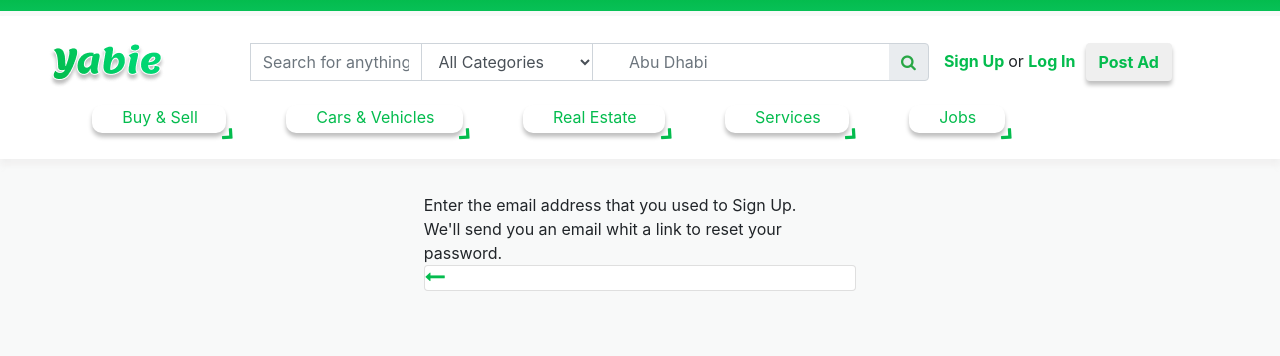
Repository: muazzamkha95/yabie
Page: forgot-password.html
These files come from the project's save history. The page is drawn as it stood at one moment and after the next save; the edit follows.
The browser window is 1280 px wide. The pictures show the whole page.

Above is the page before, as saved 2020-07-09 15:57:07.
Console error: TypeError: Cannot read properties of undefined (reading 'fn')

### forgot-password.html
<!DOCTYPE html>
<html lang="en">
<head>
    <meta charset="UTF-8">
    <meta name="viewport" content="width=device-width, initial-scale=1.0">
    <title>SignUp Page</title>

    <link rel="stylesheet" href="https://maxcdn.bootstrapcdn.com/bootstrap/4.0.0/css/bootstrap.min.css" integrity="sha384-Gn5384xqQ1aoWXA+058RXPxPg6fy4IWvTNh0E263XmFcJlSAwiGgFAW/dAiS6JXm" crossorigin="anonymous">
    <link rel="stylesheet" href="https://stackpath.bootstrapcdn.com/font-awesome/4.7.0/css/font-awesome.min.css" integrity="sha384-wvfXpqpZZVQGK6TAh5PVlGOfQNHSoD2xbE+QkPxCAFlNEevoEH3Sl0sibVcOQVnN" crossorigin="anonymous">
    <link href="css/main.css"  rel="stylesheet"></link>


</head>
<body>
        <div class="topBar"></div>
        <nav class="navbar">
            <div class="maincontainer">
                <div class="row">
                        <div class="col-md-2">
                            <img src="images/YabieLogo.png" alt="Yabie Logo" class="logo"/>
                        </div>
                        <div class="col-md-7">
                            <form class="form-inline" action="#">
                                <div class="input-group">
                                    <input type="text" class="form-control" placeholder="Search for anything" required>
                                    <select class="form-control border-right-0" required>
                                        <option>All Categories</option>
                                        <option value="a">A</option>
                                        <option value="b">B</option>
                                    </select>
                                    <div class="input-group">
                                        <div class="input-group-append">
                                            <span class="input-group-text bg-white text-success border-right-0"><i class="fa fa-map-marker-alt"></i></span>
                                        </div>
                                        <input type="text" class="form-control border-left-0 border-right-0" placeholder="Abu Dhabi" required>
                                        <div class="input-group-append">
                                            <button type="submit" class="input-group-text"><i class="fa fa-search text-success"></i></button>
                                        </div>
                                    </div>
                                </div>
                            </form>
                        </div>
                        <div class="col-md-3" >
                            <div class="row text-center">
                                <span style="padding-top: 6px;">
                                    <span class="btext"> Sign Up </span>  or <span class="btext">Log In</span>
                                </span>

                                <button class="btn btn-default btext pull-right boxshadow" style="margin-left: 10px;">Post Ad</button>
                            </div>
                        </div>

                </div>
                <div class="row mt-3" >
                    <span class="categoryTab">Buy & Sell <i class="keyboard_arrow_down_24px_rounded fa fa-chevron-right "></i></span>
                    <span class="categoryTab">Cars & Vehicles  <i class="keyboard_arrow_down_24px_rounded fa fa-chevron-right "></i></span>
                    <span class="categoryTab">Real Estate <i class="keyboard_arrow_down_24px_rounded fa fa-chevron-right "></i></span>
                    <span class="categoryTab">Services <i class="keyboard_arrow_down_24px_rounded fa fa-chevron-right "></i></span>
                    <span class="categoryTab">Jobs <i class="keyboard_arrow_down_24px_rounded fa fa-chevron-right "></i></span>
                </div>
            </div>
        </nav>

        <main  role="main" class="mainSection">
            <div class="container d-flex justify-content-center" >
                    <div class="col-md-5">
                        Enter the email address that you used to Sign Up.<br> We'll send you an email whit a link to reset your password.
                        <div class="card">
                            <div class="row">
                                <div class="col-md-2">
                                    <i class="fa fa-long-arrow-left back-arr"></i>
                                </div>
                                <div class="col-md-10">

                                </div>
                            </div>
                        </div>
                    </div>

            </div>

        </main>


</body>
<script src="https://maxcdn.bootstrapcdn.com/bootstrap/4.0.0/js/bootstrap.min.js" integrity="sha384-JZR6Spejh4U02d8jOt6vLEHfe/JQGiRRSQQxSfFWpi1MquVdAyjUar5+76PVCmYl" crossorigin="anonymous"></script>
<script src="js/main.js" type="text/javascript"></script>
</html>

### css/main.css
/* Body */
*{
    padding: 0;
    margin: 0;
}
body{
    background: #F8F9F9;

}
a{
    color: #04BC4E;
    text-decoration: none;
    font-weight: bold;
}
a:hover{
    color: ;
}

/* Main navbar css */

.topBar{

    position: absolute;
    width: 100%;
    height: 11px;
    left: 0px;
    top: 0px;

    background: linear-gradient(180deg, #04BC4E 0%, #15D57B 537.5%);
}


nav{
    position: absolute;
    width: 100%;
    height: 143px;
    left: 0px;
    top: 16px;
    background: #FFFFFF;
    box-shadow: 0px 6px 6px rgba(219, 214, 214, 0.25);
    padding-top: 20px;
}

.maincontainer{
    width: 95%;
    margin-left:auto;
    margin-right: auto;
}

.logo{
    height: 100;
}
.btext{
    font-weight: bold;
    color: #04BC4E;
}
.light-text{
    color:lightgray;
}
.light-note-text{
    font-size: 12px;
    color:lightgray;
}

.boxshadow{
    box-shadow: 0px 4px 4px rgba(0, 0, 0, 0.25);
}

.categoryTab{
    display: inline;
    box-shadow: 0px 4px 4px rgba(0, 0, 0, 0.25);
    background-color: #FFFFFF;
    color: #04BC4E;
    border-radius: 10px;
    margin-left: 60px;
    padding-left: 30px;


}
.keyboard_arrow_down_24px_rounded{
    position: relative;
    width: 24px;
    height: 24px;
    left:17px;
    top: 22px;
    transform: rotate(41.5deg);

}

/* Main section  */

.mainSection{
    width: 90%;
    margin-left: auto;
    margin-right: auto;
    margin-top: 50px;



}


.sectionTitle{

    font-family:sans-serif;
    font-style: normal;
    font-weight: 500;
    font-size: 24px;
    line-height: 29px;

    color: #3E4153;
}
.sectionSeeAll{
    color: #04BC4E;
    margin-right: 20px;
}
/* Ad card  */

.adcard{
    background: #FFFFFF;
    padding: 10px;
    margin-right: 21.85px;
    width: 177px;
}
.adTitle{
    font-family: sans-serif;
    font-style: normal;
    font-weight: bold;
    font-size: 16px;
    line-height: 19px;
    color: #000000;
    margin-top: 20px;
}
.adPrice{
    position: relative;
    width: 81px;
    height: 33px;
    left: -160px;
    top: 60px;
    padding: 5px;

    background: #4F4A4A;
    mix-blend-mode: hard-light;
    border-radius: 0px 10px 10px 0px;
    z-index: 999;
}

/* Login Page */

.mainSectionLogin{

    height: 100vh;
    background: linear-gradient(257.12deg, #04BC4E 56.95%, #15D57B 84.28%);
}
.login-btn{
    width: 100%;
    background-color:  #04BC4E;
    color: white;
    font-weight: bold;
}

input{
    border-radius: 0 !important;
    /* margin: 40px 0px 40px 0px; */
}

/* Email Confirmation Page */
.confirm-head{
    background: linear-gradient(180deg, #04BC4E 15.92%, #15D57B 113.67%);
    height: 87px;
}
.confirm-body{
    background:#FFFFFF;
    height: 60vh;
    padding: 50px 20px 50px 20px;
}

.confirm-head > h2{
    color: white;
    padding-top: 20px;
}

.back-arr{
    font-size: 20px;
    color:#04BC4E;
}

Loaded but not shown: js/main.js (no stored copy; drawn as an empty file)

After the next save:
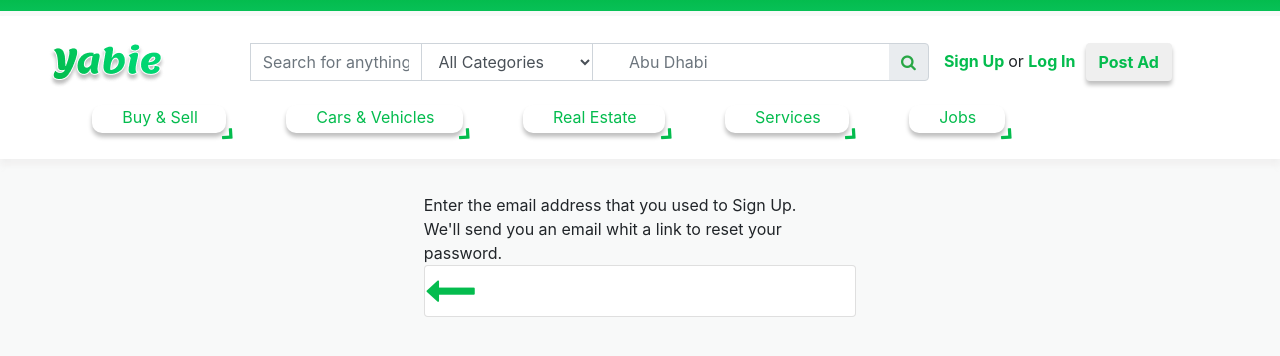
Saved 6 s later.
--- a/css/main.css
+++ b/css/main.css
@@ -181,6 +181,6 @@ input{
 }
 
 .back-arr{
-    font-size: 20px;
+    font-size: 50px;
     color:#04BC4E;
 }
